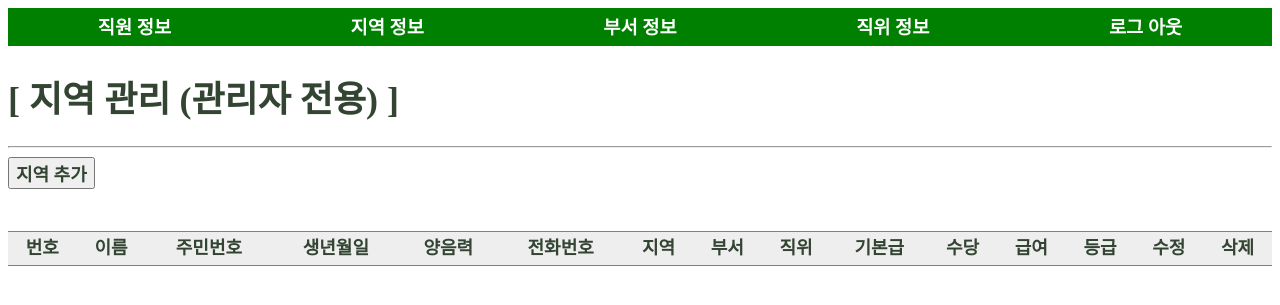
Repository: Umkimisstrong/UM_SpringMVCStudy
Page: http://localhost/mvc04/WEB-INF/view/RegionList.jsp
These files come from the project's save history. The page is drawn as it stood at one moment and after the next save; the edit follows.
The browser window is 1280 px wide. The pictures show the whole page.
The page is served by Tomcat 9. Nobody is signed in. The template is opened directly, without the code that normally fills it, so the values that code supplies are empty.

Above is the page before, as saved 2022-06-02 03:33:09.

### mvc04/WebContent/WEB-INF/view/RegionList.jsp
<%@ page contentType="text/html; charset=UTF-8"%>
<%@ taglib prefix="c" uri="http://java.sun.com/jsp/jstl/core"%>
<%@ taglib prefix="fmt" uri="http://java.sun.com/jsp/jstl/fmt"%>
<%
	request.setCharacterEncoding("UTF-8");
	String cp = request.getContextPath();
%>
<!DOCTYPE html>
<html>
<head>
<meta charset="UTF-8">
<title>RegionList.jsp</title>
<link rel="stylesheet" type="text/css" href="<%=cp %>/css/menuStyle.css">
<link rel="stylesheet" type="text/css" href="<%=cp %>/css/main.css">
<script type="text/javascript" src="http://code.jquery.com/jquery.min.js"></script>
<script type="text/javascript">

	$(function()
	{
		// 테스트
		//alert("확인");

		// 수정 버튼 클릭 시 액션
		$(".updateBtn").click(function()
		{
			//alert("수정 버튼 클릭");

			$(location).attr("href", "regionupdateform.action?regionId=" + $(this).val());
		});


		// 삭제 버튼 클릭 시 액션
		$(".deleteBtn").click(function()
		{
			//alert("삭제 버튼 클릭");

			if (confirm("현재 선택한 데이터를 정말 삭제하시겠습니까?"))
			{
				$(location).attr("href", "regionidelete.action?regionId=" + $(this).val());
				// $(location).attr(속성, URL?데이터=값);
			}
		});
	});


</script>

</head>
<body>

<!---------------------------------------------------
		 RegioniList.jsp
	- 지역 리스트 출력 페이지
	- 관리자가 접근하는 지역 데이터 출력 페이지
	  (일반 직원이 접근하는 직원 데이터 출력페이지는
	   RegList.jsp로 구성)
 ---------------------------------------------------->


<div>
	<!-- 메뉴 영역 -->
	<div>
		<c:import url="EmployeeMenu.jsp"></c:import>
	</div>

	<!-- 콘텐츠 영역 -->
	<div id="content">
		<h1>[ 지역 관리 (관리자 전용) ]</h1>
		<hr />

		<div>
			<form action="">
				<input type="button" value="지역 추가" class="btn"
				onclick="location.href='regioninsertform.action'"/>
				  <!-- onclick="location.href='EmployeeInsertForm.jsp'"/> -->

			</form>
		</div>
		<br />
		<br />
	<!-- ---------------------------------------------------
	EMPLOYEEID NAME SSN BIRTHDAY LUNAR LUNARNAME TELEPHONE
	DEPARTMENTID DEPARTMENTNAME POSITIONID POSITIONNAME
	REGIONID REGIONNAME BASICPAY EXTRAPAY PAY GRADE
	----------------------------------------------------  -->
	<table id="customers" class="table">

		<tr>
			<!-- 항목 15EA -->
			<th>번호</th>
			<th>이름</th>
			<th>주민번호</th>
			<th>생년월일</th>
			<th>양음력</th>
			<th>전화번호</th>
			<th>지역</th>
			<th>부서</th>
			<th>직위</th>
			<th>기본급</th>
			<th>수당</th>
			<th>급여</th>
			<th>등급</th>
			<th>수정</th>
			<th>삭제</th>
		</tr>
	<!--
		<tr>
			<td>1</td>
			<td>김상기</td>
			<td>620527</td>
			<td>1962-05-27</td>
			<td>양력</td>
			<td>010-9876-5432</td>
			<td>서울</td>
			<td>개발부</td>
			<td>사원</td>
			<td>1,500,000</td>
			<td>1,500,000</td>
			<td>3,000,000</td>
			<td>관리자</td>
			<td><button type="button" class="btn">수정</button></td>
			<td><button type="button" class="btn">삭제</button></td>
		</tr>
		<tr>
			<td>2</td>
			<td>이상기</td>
			<td>620527</td>
			<td>1962-05-27</td>
			<td>양력</td>
			<td>010-9876-5432</td>
			<td>서울</td>
			<td>개발부</td>
			<td>사원</td>
			<td>1,500,000</td>
			<td>1,500,000</td>
			<td>3,000,000</td>
			<td>관리자</td>
			<td><button type="button" class="btn">수정</button></td>
			<td><button type="button" class="btn">삭제</button></td>
		</tr>
		<tr>
			<td>3</td>
			<td>박상기</td>
			<td>620527</td>
			<td>1962-05-27</td>
			<td>양력</td>
			<td>010-9876-5432</td>
			<td>서울</td>
			<td>개발부</td>
			<td>사원</td>
			<td>1,500,000</td>
			<td>1,500,000</td>
			<td>3,000,000</td>
			<td>관리자</td>
			<td><button type="button" class="btn">수정</button></td>
			<td><button type="button" class="btn">삭제</button></td>
		</tr>
	 -->
	<c:forEach	var="employee" items="${employeeList }">
	<tr>
		<td>${employee.employeeId }</td>
		<td>${employee.name }</td>
		<td>${employee.ssn }-*******</td>
		<td>${employee.birthday }</td>
		<td>${employee.lunarName }</td>
		<td>${employee.telephone }</td>
		<td>${employee.regionName }</td>
		<td>${employee.departmentName }</td>
		<td>${employee.positionName }</td>


		<%-- <td>${employee.basicPay }</td> --%>
		<td>
			<fmt:formatNumber value="${employee.basicPay }"
			groupingUsed="true"></fmt:formatNumber>
		</td>

		<%-- <td>${employee.extraPay }</td> --%>
		<td>
			<fmt:formatNumber value="${employee.extraPay }"
			groupingUsed="true"></fmt:formatNumber>
		</td>

		<%-- <td>${employee.pay }</td> --%>
		<td>
			<fmt:formatNumber value="${employee.pay }"
			groupingUsed="true"></fmt:formatNumber>
		</td>

		<td>${employee.grade==0 ? "관리자" : "일반사원" }</td>
		<td>
			<button type="button" class="btn updateBtn"
		    value="${employee.employeeId }">수정</button>
		</td>

		<td>
			<button type="button" class="btn deleteBtn"
			value="${employee.employeeId }">삭제</button>
		</td>
	</tr>
	</c:forEach>

	</table>



	</div>

	<!-- 회사 소개 및 어플리케이션 소개 영역 -->
	<div id="footer">

	</div>

</div>





</body>
</html>

### mvc04/WebContent/WEB-INF/view/EmployeeMenu.jsp
<%@ page contentType="text/html; charset=UTF-8"%>
<%@ taglib prefix="c" uri="http://java.sun.com/jsp/jstl/core"%>
<%
	request.setCharacterEncoding("UTF-8");
	String cp = request.getContextPath();
%>
<!DOCTYPE html>
<html>
<head>
<meta charset="UTF-8">
<title>EmployeeMenu.jsp</title>
<link rel="stylesheet" type="text/css" href="<%=cp %>/css/menuStyle.css">
</head>
<body>

<!--------------------------------
      #13 EmployeeMenu.jsp
      - 메인 메뉴 페이지 구성
      - 로그아웃 기능 포함
 --------------------------------->
<%-- <span>${sessionScope.admin==null ? "normal" : "admin" }</span> --%>


<div id="menu">
	<ul>
		<c:choose>
			<c:when test="${sessionScope.admin==null }">
			<li>
				<a href="emplist.action" class="menu">직원 정보</a>
			</li>

			<li>
				<a href="reglist.action" class="menu">지역 정보</a>
			</li>

			<li>
				<a href="deptlist.action" class="menu">부서 정보</a>
			</li>

			<li>
				<a href="poslist.action" class="menu">직위 정보</a>
			</li>

			</c:when>
			<c:otherwise>
			<li>
				<a href="employeelist.action" class="menu">직원 관리</a>
			</li>

			<li>
				<a href="regionlist.action" class="menu">지역 관리</a>
			</li>

			<li>
				<a href="departmentlist.action" class="menu">부서 관리</a>
			</li>

			<li>
				<a href="positionlist.action" class="menu">직위 관리</a>
			</li>
			</c:otherwise>

		</c:choose>



		<li>
			<a href="logout.action" class="menu">로그 아웃</a>
		</li>
	</ul>
</div>






























</body>
</html>

### mvc04/WebContent/css/menuStyle.css
@charset "UTF-8";

/* ========================
    #14. menuStyle.css
    - 메뉴스타일 구성
======================== */

ul
{
	list-style-type: none;
	margin: 0;
	padding: 0;
	overflow: hidden;
}

li
{
	width: 20%;
	float: left;
}

a.menu:link, a.menu:visited
{
	display: block;
	font-weight: bold;
	color: #ffffff;
	background-color: #008000;
	text-align: center;
	padding: 4px;
	text-decoration: none;
	text-transform: uppercase;
	height: 30px;
	font-size: 14pt;
}

a.menu:hover, a.menu:active
{
	background-color: #ffffff;
	color: #008000;
	border: 2px solid #008000;
	border-radius: 5px;
	height: 26px;
}

### mvc04/WebContent/css/main.css
@charset "UTF-8";

/* ========================
	#16 main.css
	- 기본 스타일 지정
======================== */

body, p, div, span, input, table, th, td, select, textarea
{
	font-size: 18px;
	font-family: 맑은 고딕;
	color: #343;

}
a
{
	text-decoration: none;
	color: gray;
}

a:hover
{
	text-decoration: underline;
	color: red;

}
.table
{
	border-collapse: collapse;
	width: 100%;
}
.table th, .table td
{
	border: 1px solid gray;
	border-left: 0px;
	border-right: 0px;

	padding: 3px;
	line-height: 150%;
	text-align: center;
}


.table th
{
	font-weight: bold;
	background-color: #eee;
}

.table td
{
	font-size: 12pt;
}

.btn
{
	cursor: pointer;
	font-family: 맑은 고딕;
	font-weight: bold;
}

.btn:hover
{
	color: #ffffff;
	background-color: #008000;
}

After the next save:
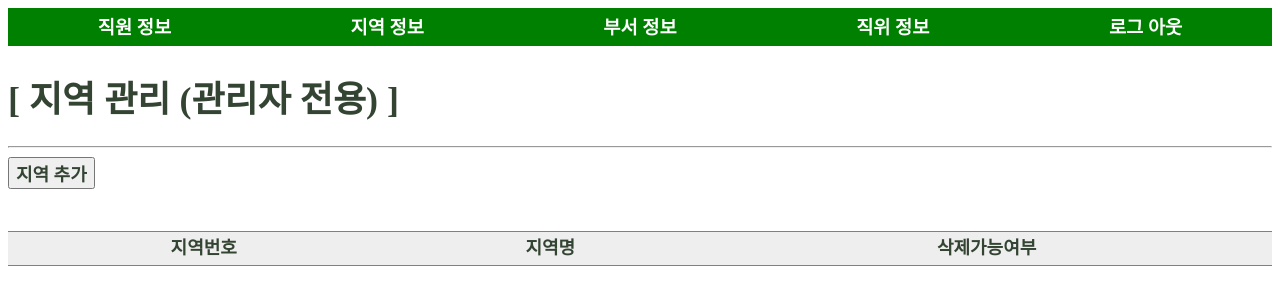
Saved 18 s later.
--- a/mvc04/WebContent/WEB-INF/view/RegionList.jsp
+++ b/mvc04/WebContent/WEB-INF/view/RegionList.jsp
@@ -87,21 +87,9 @@
 
 		<tr>
 			<!-- 항목 15EA -->
-			<th>번호</th>
-			<th>이름</th>
-			<th>주민번호</th>
-			<th>생년월일</th>
-			<th>양음력</th>
-			<th>전화번호</th>
-			<th>지역</th>
-			<th>부서</th>
-			<th>직위</th>
-			<th>기본급</th>
-			<th>수당</th>
-			<th>급여</th>
-			<th>등급</th>
-			<th>수정</th>
-			<th>삭제</th>
+			<th>지역번호</th>
+			<th>지역명</th>
+			<th>삭제가능여부</th>
 		</tr>
 	<!--
 		<tr>
